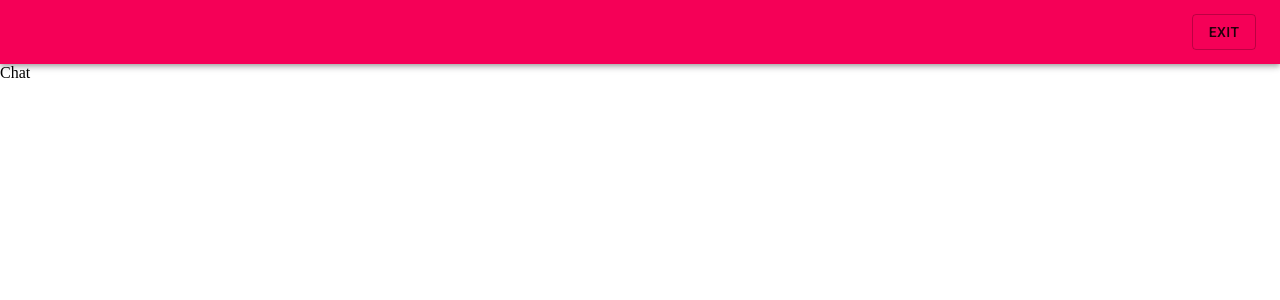
Repository: ezotop/react_firebase_chat
Page: /
The author's editor kept a copy of each file at every save. The page is drawn from the files as they stood at one save, then again after the next save.
The browser window is 1280 px wide. The pictures show the whole page.
The project was rebuilt for these pictures with package versions that can differ from the ones it lists, and the page was loaded fresh each time. Also part of the build but not shown: src/component/Login.js.

Above is the page before, as saved 2021-06-16 16:36:44.

After the next save:
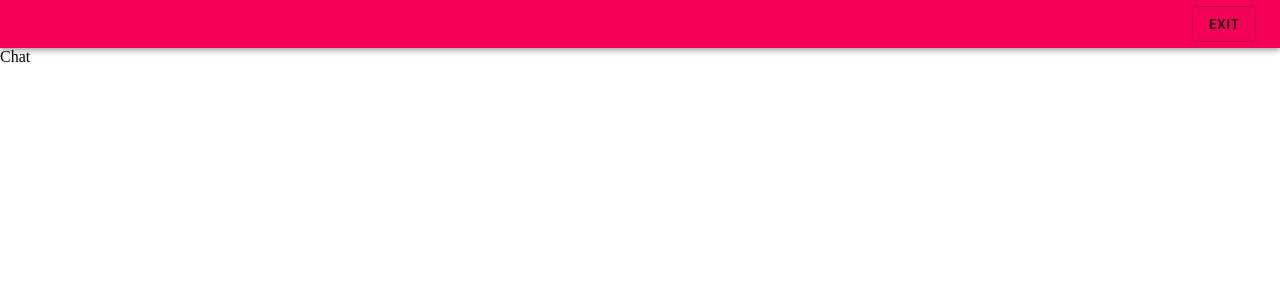
Saved 46 s later.
--- a/src/component/Navbar.js
+++ b/src/component/Navbar.js
@@ -7,7 +7,7 @@ const Navbar = () => {
     const user = true
     return (
         <AppBar color={'secondary'} position="static">
-            <Toolbar>
+            <Toolbar variant={'dense'}>
                 <Grid container justify={'flex-end'}>
                     {
                         user ?
